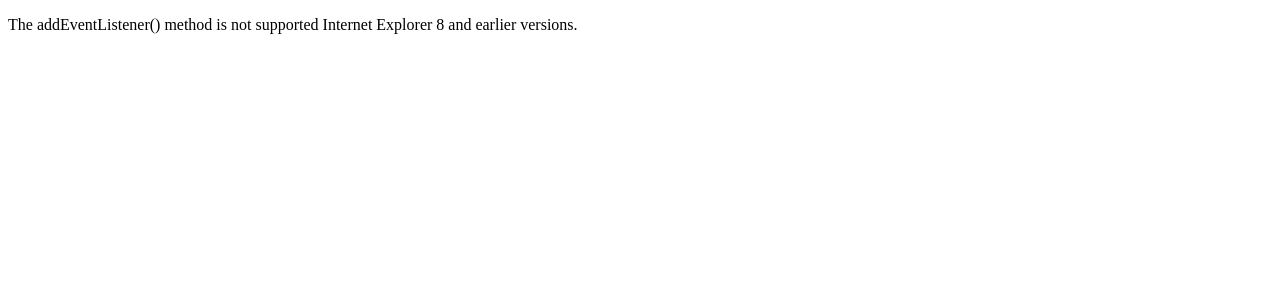
Repository: neem693/workspace
Page: studyhtml5/WebContent/ch05/practice_dom/practice_50.html
The author's editor kept a copy of each file at every save. The page is drawn from the files as they stood at one save, then again after the next save.
The browser window is 1280 px wide. The pictures show the whole page.

Above is the page before, as saved 2018-03-19 09:06:49.

### studyhtml5/WebContent/ch05/practice_dom/practice_50.html
<!DOCTYPE html>
<html>
<head>
<meta charset="UTF-8">
<meta name="viewport"
	content="width=device-width,initial-scale = 1.0" />
<title>Insert title here</title>



</head>
<body>


<p>The addEventListener() method is not supported Internet Explorer 8 and earlier versions.</p>






</body>
</html>

After the next save:
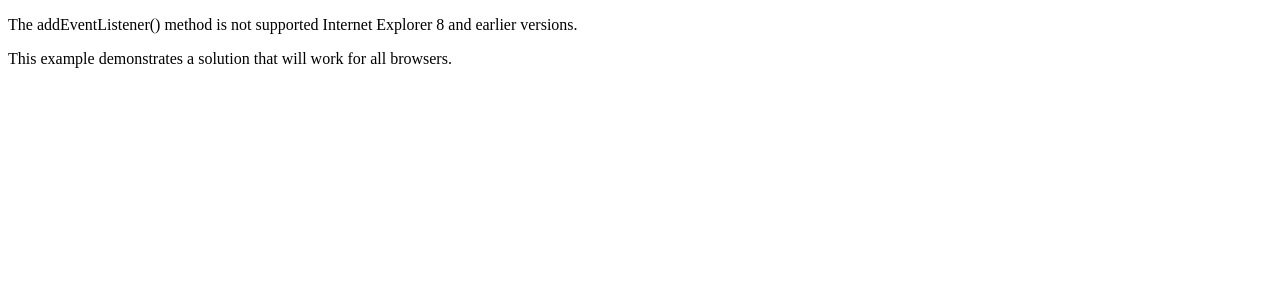
Saved 26 s later.
--- a/studyhtml5/WebContent/ch05/practice_dom/practice_50.html
+++ b/studyhtml5/WebContent/ch05/practice_dom/practice_50.html
@@ -14,6 +14,7 @@
 
 <p>The addEventListener() method is not supported Internet Explorer 8 and earlier versions.</p>
 
+<p>This example demonstrates a solution that will work for all browsers.</p>
 
 
 
